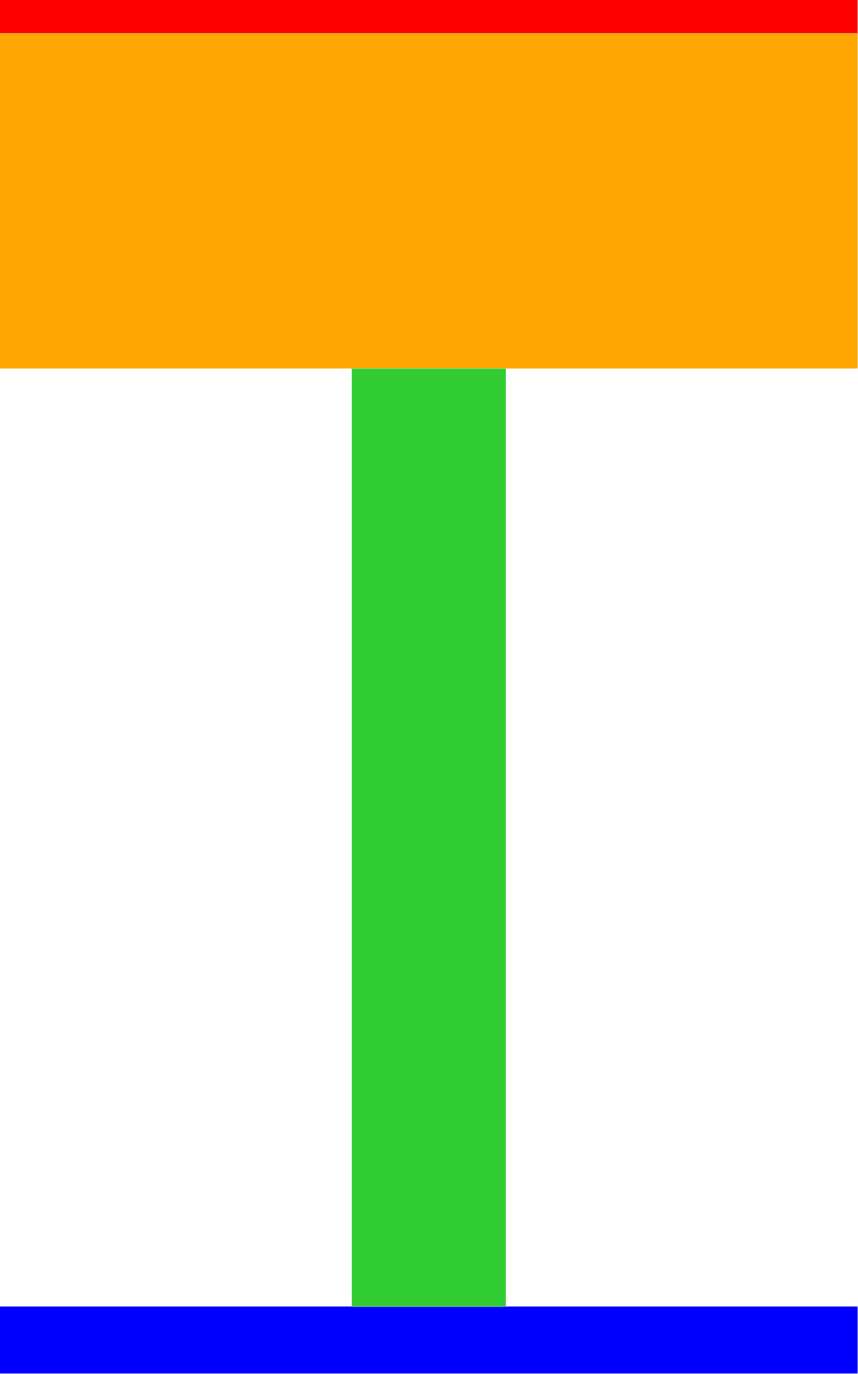
Repository: Y-takumi0/DMMwebcamp
Page: exercise/chapter4.html
The author's editor kept a record of every edit. The page is drawn from the files as they stood at one moment, then again after the next edit.
The browser window is 1280 px wide. The pictures show the whole page, at 67% of full size.

Above is the page before.

### exercise/chapter4.html
<!DOCTYPE html>
<html lang="ja">
  <head>
    <meta charset="UTF-8" />
    <link rel="stylesheet" href="chapter4.css" />
    <title>chapter4</title>
  </head>

  <body>
    <div class="header"></div>
    <div class="main-visual"></div>
    <div class="main">
      <div class="blog"></div>
    </div>
    <div class="footer"></div>
  </body>
</html>

### exercise/chapter4.css
* {
  margin: 0;
  padding: 0;
  box-sizing: border-box;
}

.header {
  width: 100%;
  height: 50px;
  background-color: red;
}

.main-visual {
  width: 100%;
  height: 500px;
  background-color:  orange
}

.main {
  width: 960px;
  height: 1400px;
  display: flex;
  justify-content: center;
  margin: 0 auto;
}

.blog {
  width: 230px;
  height: 1400px;
  background-color: limegreen;
}

.footer {
  width: 100%;
  height: 100px;
  background-color: blue;
}

After the next edit:
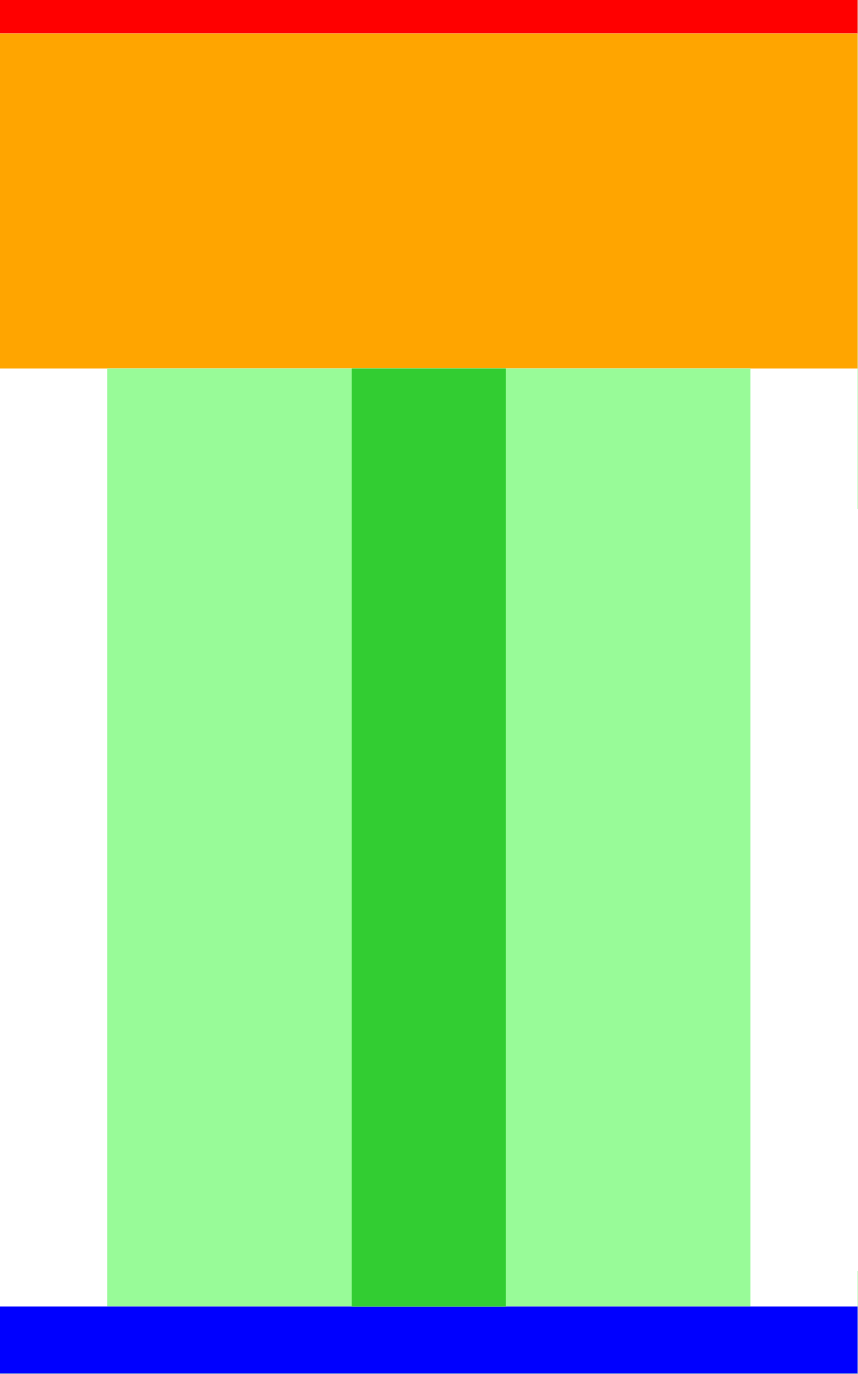
The edit:
--- a/exercise/chapter4.css
+++ b/exercise/chapter4.css
@@ -19,6 +19,7 @@
 .main {
   width: 960px;
   height: 1400px;
+  background-color: palegreen;
   display: flex;
   justify-content: center;
   margin: 0 auto;
